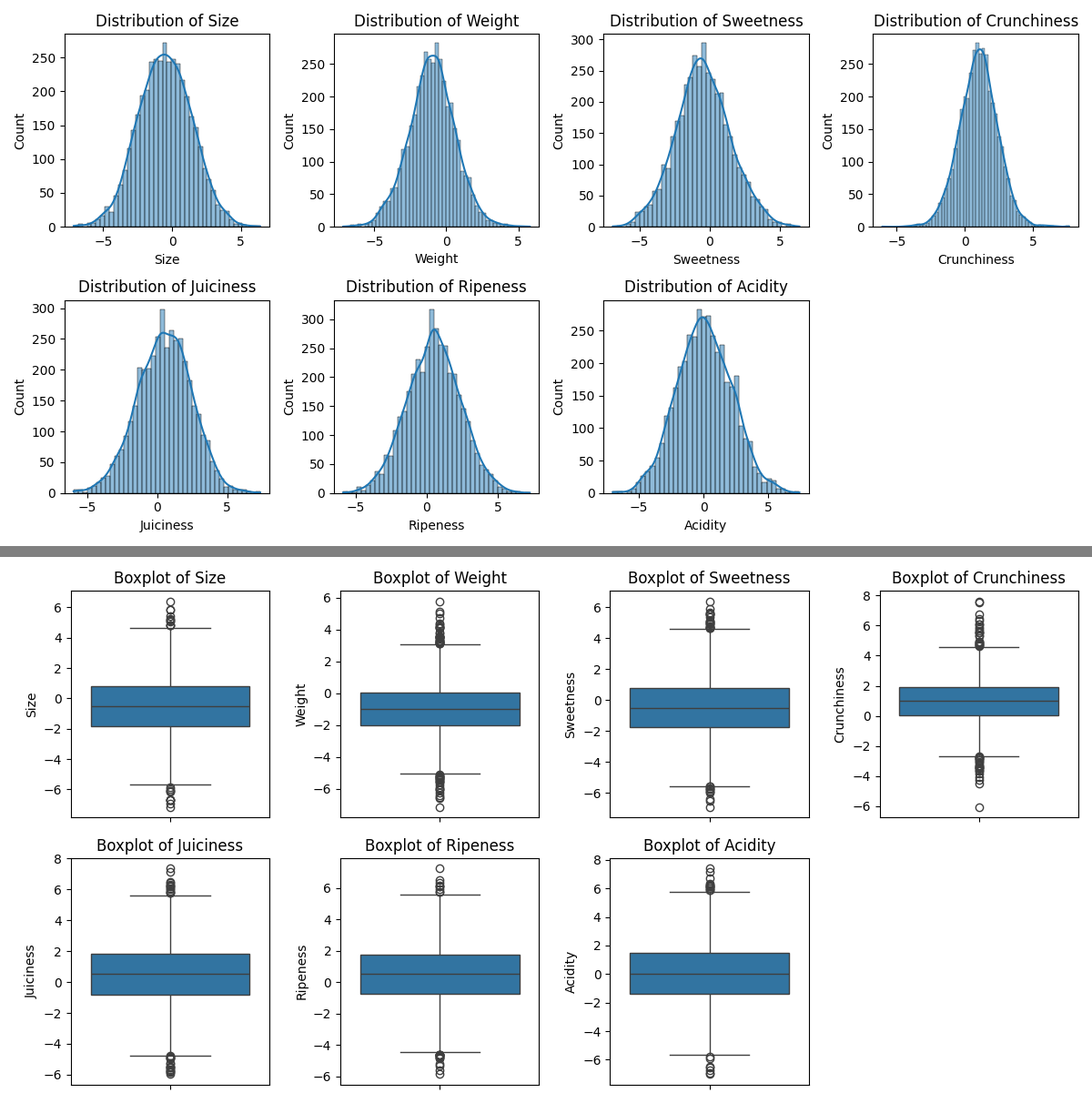
Repository: sjetti5555/GenAi
Script's output: python Training/AllDomains/appleQualitycopy1.py
An editor plug-in stored every save of this project. The script's output is shown before and after the next save, followed by the edit.
The pictures are shown at 91% of full size.
Each picture stacks the figures in order, with grey between them; figures that are only written to a file come last. Random numbers start from a fixed seed.

Above is the script's output before, as saved 2024-10-26 10:48:16.

### Training/AllDomains/appleQualitycopy1.py
import pandas as pd
import matplotlib.pyplot as plt
import seaborn as sns
from sklearn.model_selection import train_test_split
from sklearn.ensemble import RandomForestRegressor
from sklearn.metrics import mean_squared_error, r2_score
import numpy as np

# Load the dataset
file_path = r'C:\Users\srira\OneDrive\Desktop\Gen_AI\Training\AllDomains\apple_quality.csv' # Update this path
data = pd.read_csv(file_path)

# Display the first few rows of the dataset
print("First few rows of the dataset:")
print(data.head())

print(data.info())

# Display basic statistics
print("\nBasic statistics:")
print(data.describe())

# Check for missing values
print("\nMissing values in each column:")
print(data.isnull().sum())

# Visualize distributions of specific numeric features
features_of_interest = ['Size', 'Weight', 'Sweetness', 'Crunchiness', 'Juiciness', 'Ripeness', 'Acidity']
numeric_data = data[features_of_interest]

plt.figure(figsize=(12, 6))
for i, column in enumerate(numeric_data.columns):
    plt.subplot(2, (len(numeric_data.columns) + 1) // 2, i + 1)
    sns.histplot(numeric_data[column], kde=True)
    plt.title(f'Distribution of {column}')
plt.tight_layout()
plt.show()

# Draw boxplots for outliers
plt.figure(figsize=(12, 6))
for i, column in enumerate(numeric_data.columns):
    plt.subplot(2, (len(numeric_data.columns) + 1) // 2, i + 1)
    sns.boxplot(y=numeric_data[column])
    plt.title(f'Boxplot of {column}')
plt.tight_layout()
plt.show()

Loaded but not shown: Training/AllDomains/apple_quality.csv (4001 lines, source omitted)

After the next save:
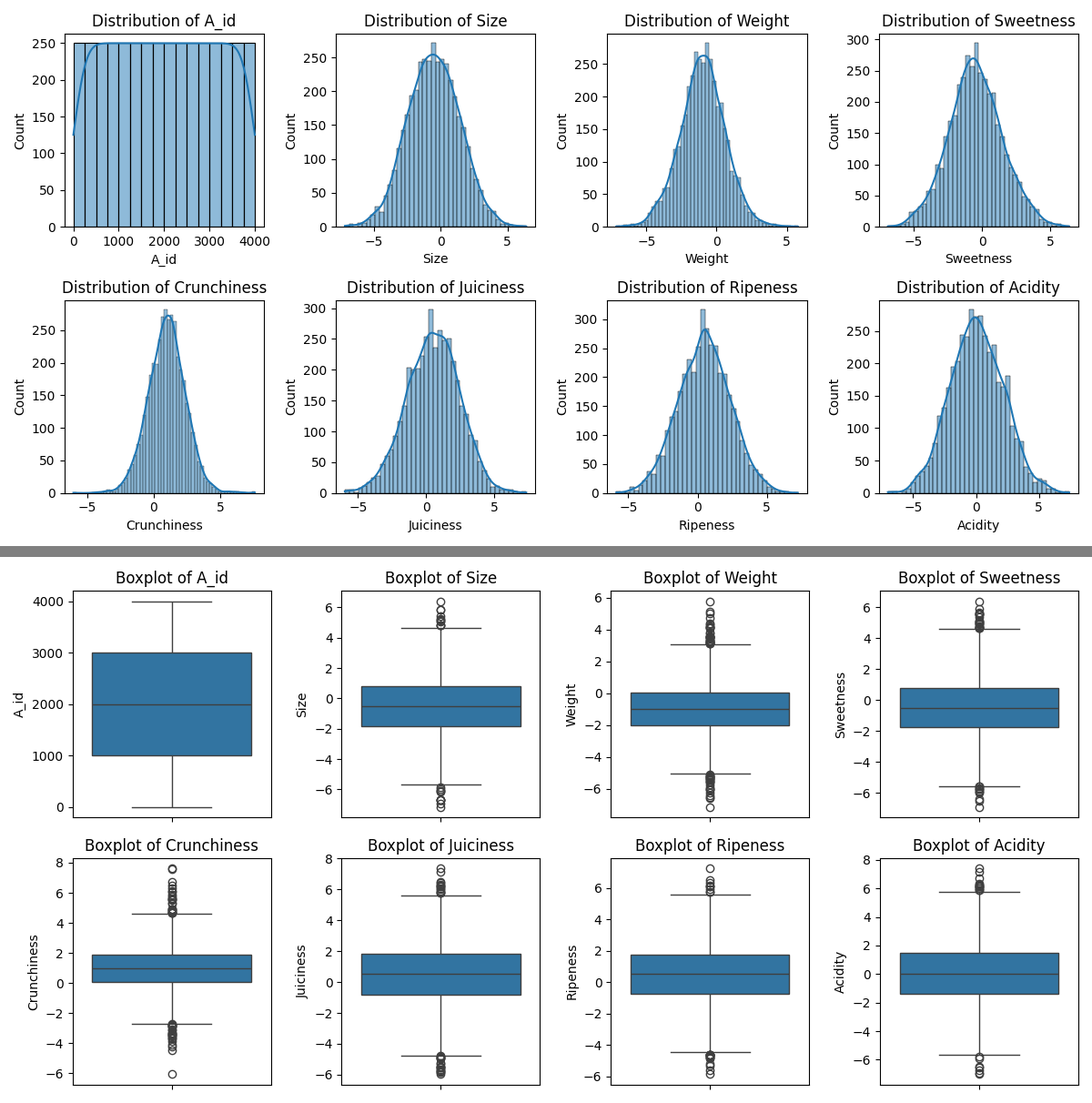
Saved 78 s later.
--- a/Training/AllDomains/appleQualitycopy1.py
+++ b/Training/AllDomains/appleQualitycopy1.py
@@ -25,7 +25,7 @@
 print(data.isnull().sum())
 
 # Visualize distributions of specific numeric features
-features_of_interest = ['Size', 'Weight', 'Sweetness', 'Crunchiness', 'Juiciness', 'Ripeness', 'Acidity']
+features_of_interest = ['A_id','Size', 'Weight', 'Sweetness', 'Crunchiness', 'Juiciness', 'Ripeness', 'Acidity']
 numeric_data = data[features_of_interest]
 
 plt.figure(figsize=(12, 6))

After the save that followed:
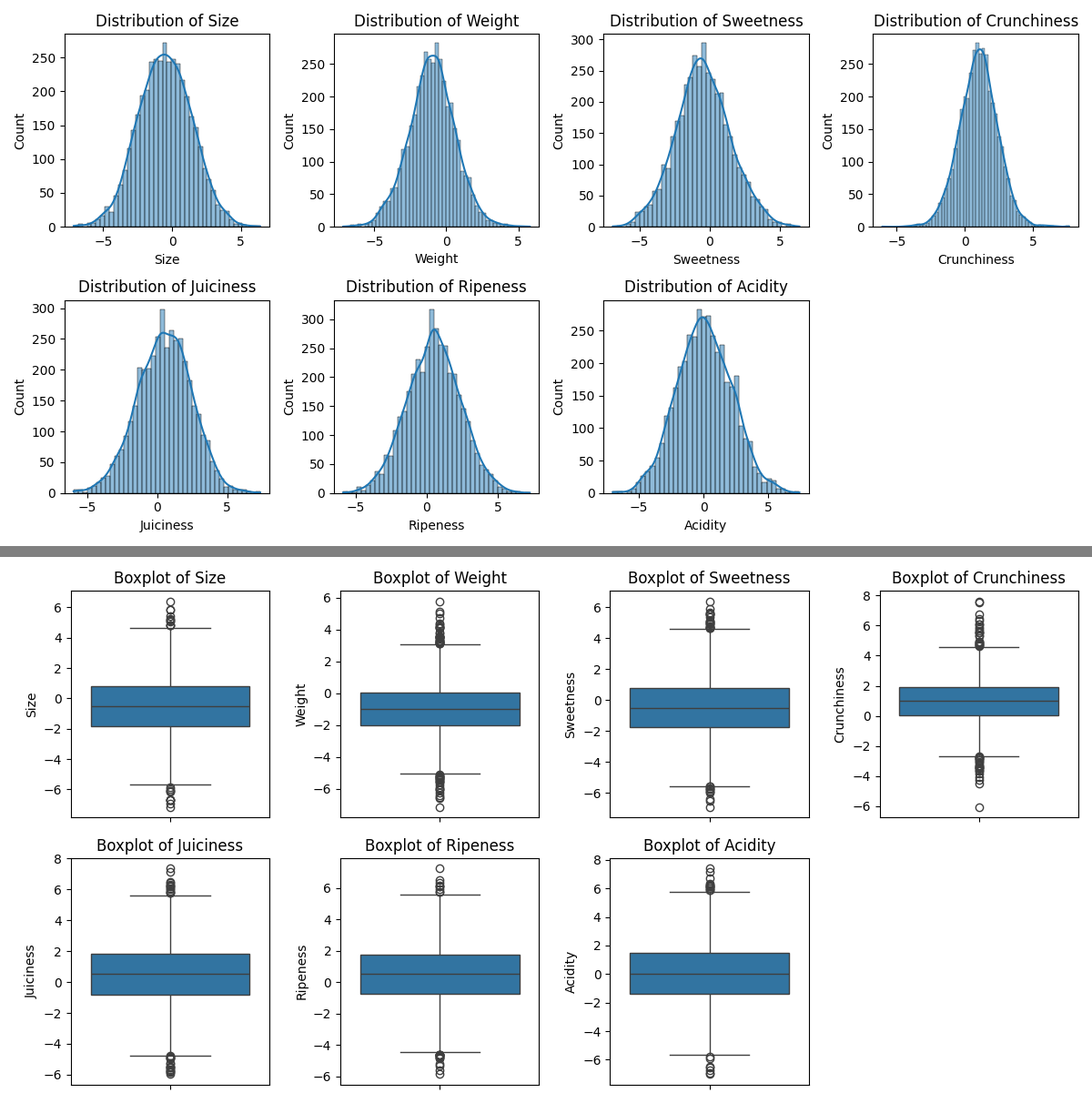
Saved 24 s later.
--- a/Training/AllDomains/appleQualitycopy1.py
+++ b/Training/AllDomains/appleQualitycopy1.py
@@ -25,7 +25,7 @@
 print(data.isnull().sum())
 
 # Visualize distributions of specific numeric features
-features_of_interest = ['A_id','Size', 'Weight', 'Sweetness', 'Crunchiness', 'Juiciness', 'Ripeness', 'Acidity']
+features_of_interest = ['Size', 'Weight', 'Sweetness', 'Crunchiness', 'Juiciness', 'Ripeness', 'Acidity']
 numeric_data = data[features_of_interest]
 
 plt.figure(figsize=(12, 6))
